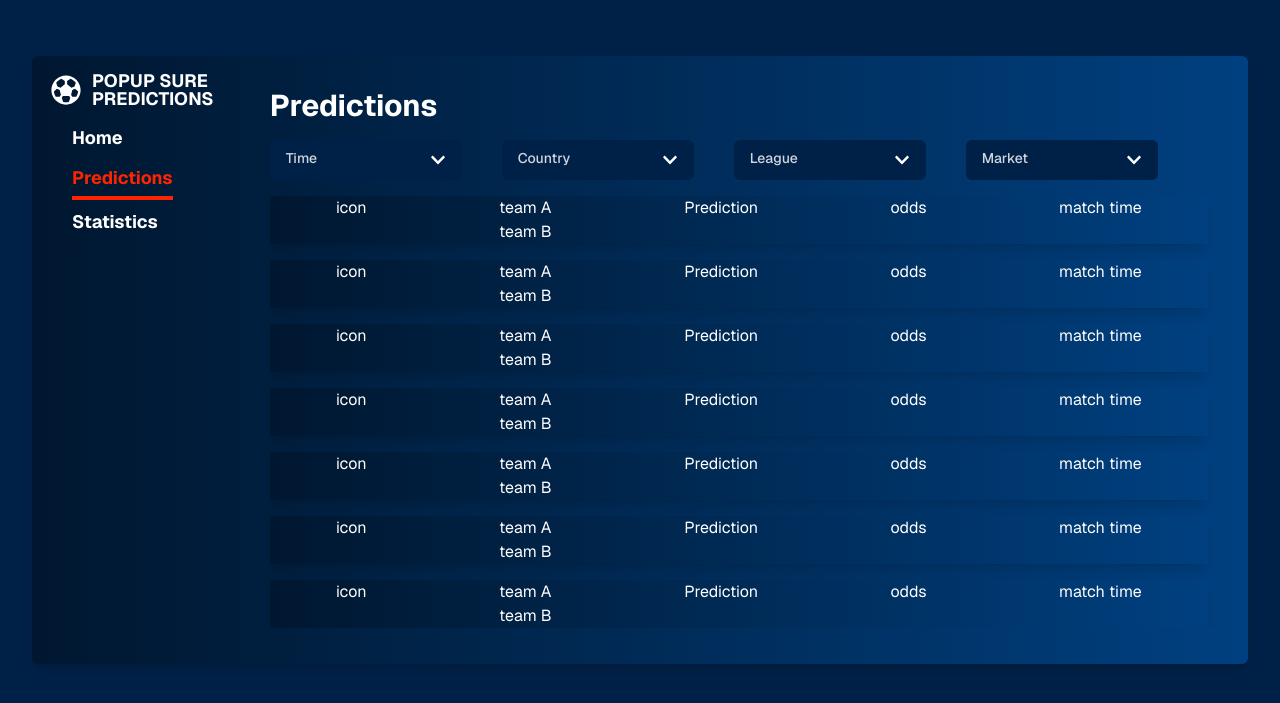
Repository: prototypedave/AlgoFooty
Page: /predictions (app in frontend/algo-footy/)
These files come from the project's save history. The page is drawn as it stood at one moment and after the next save; the edit follows.
The browser window is 1280 px wide. The pictures show the whole page.
The project was rebuilt for these pictures with package versions that can differ from the ones it lists, and the page was loaded fresh each time. The framework's server and built-in components were replaced by stand-ins that run in the browser. Also part of the build but not shown: frontend/algo-footy/next.config.ts.

Above is the page before, as saved 2025-11-03 08:52:33.

After the next save:
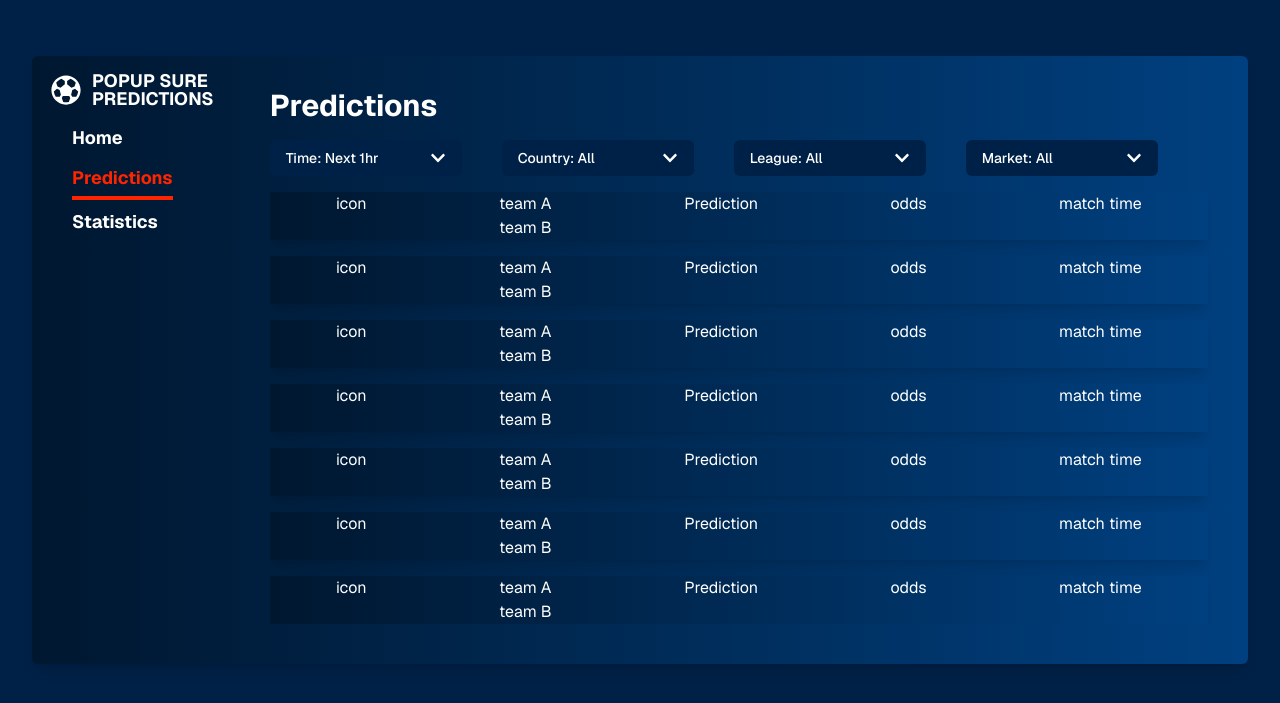
Saved 82 s later.
--- a/frontend/algo-footy/components/dropdown.tsx
+++ b/frontend/algo-footy/components/dropdown.tsx
@@ -1,5 +1,5 @@
 "use client";
-import { useState } from "react";
+import { useState, useEffect, useRef } from "react";
 import { FaChevronDown, FaChevronUp } from "react-icons/fa";
 
 interface DropdownProps {
@@ -9,8 +9,9 @@ interface DropdownProps {
 }
 
 export default function Dropdown({ label, options, onSelect }: DropdownProps) {
-  const [isOpen, setIsOpen] = useState<boolean>(false);
-  const [selected, setSelected] = useState<string>(options[0]);
+  const [isOpen, setIsOpen] = useState(false);
+  const [selected, setSelected] = useState(options[0]);
+  const dropdownRef = useRef<HTMLDivElement>(null);
 
   const handleSelect = (option: string) => {
     setSelected(option);
@@ -18,27 +19,47 @@ export default function Dropdown({ label, options, onSelect }: DropdownProps) {
     onSelect(option);
   };
 
+  // Close dropdown on outside click
+  useEffect(() => {
+    const handleClickOutside = (event: MouseEvent) => {
+      if (
+        dropdownRef.current &&
+        !dropdownRef.current.contains(event.target as Node)
+      ) {
+        setIsOpen(false);
+      }
+    };
+    document.addEventListener("mousedown", handleClickOutside);
+    return () => document.removeEventListener("mousedown", handleClickOutside);
+  }, []);
+
   return (
-    <div className="relative inline-block w-48 text-white">
+    <div ref={dropdownRef} className="relative inline-block w-48 text-white">
       <button
         onClick={() => setIsOpen((prev) => !prev)}
         className="flex justify-between items-center w-full bg-[#002147] hover:bg-[#003366] px-4 py-2 rounded-md"
       >
-        {label && (
-        <span className="mb-1 text-sm text-gray-300 font-medium">{label}</span>
-      )}
-        <FaChevronDown
-          className={`transition-transform ${isOpen ? <FaChevronUp/> : ""}`}
-        />
+        <span className="text-sm font-medium">
+          {label ? `${label}: ${selected}` : selected}
+        </span>
+        {isOpen ? (
+          <FaChevronUp className="ml-2 transition-transform" />
+        ) : (
+          <FaChevronDown className="ml-2 transition-transform" />
+        )}
       </button>
 
       {isOpen && (
-        <ul className="absolute left-0 mt-2 w-full bg-[#001730] border border-[#004080] rounded-md z-10 max-h-60 overflow-y-auto">
+        <ul className="absolute left-0 mt-2 w-full bg-[#001730] border border-[#004080] rounded-md z-10 max-h-60 overflow-y-auto shadow-lg">
           {options.map((option) => (
             <li
               key={option}
               onClick={() => handleSelect(option)}
-              className="px-4 py-2 cursor-pointer hover:bg-[#004080] transition"
+              className={`px-4 py-2 cursor-pointer transition ${
+                option === selected
+                  ? "bg-[#004080] font-semibold"
+                  : "hover:bg-[#003366]"
+              }`}
             >
               {option}
             </li>
